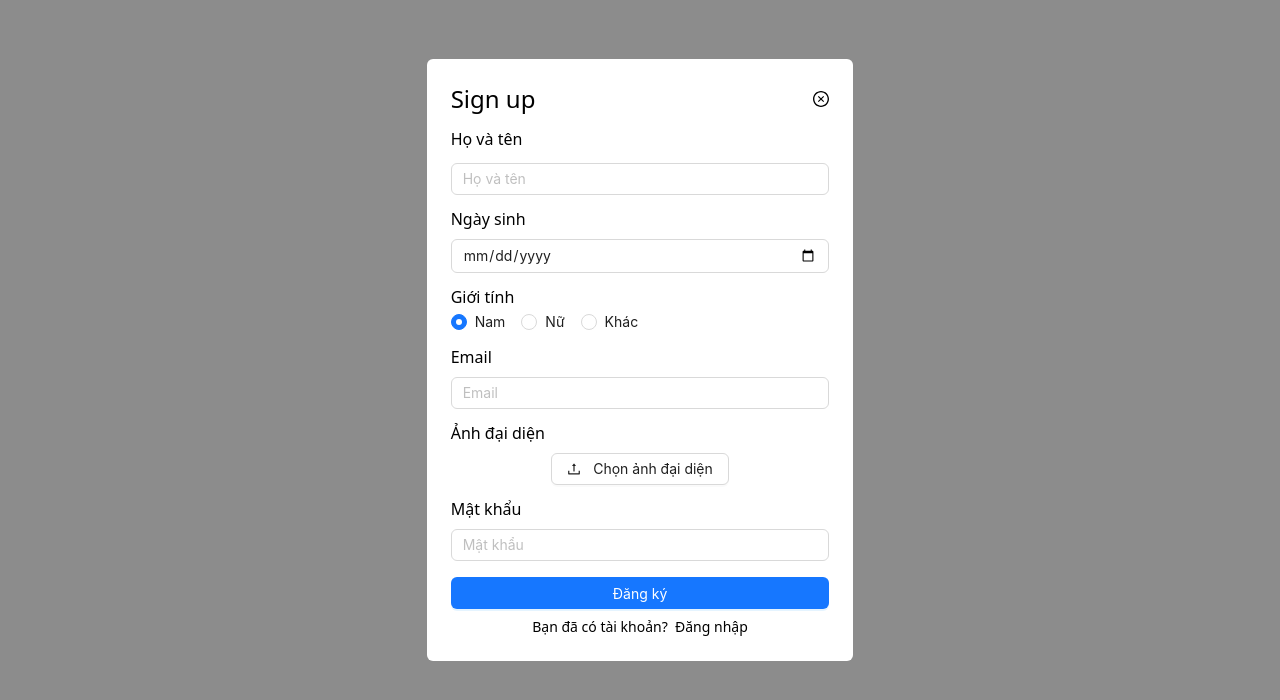
Repository: TinhTT336/MD02_Session14
Page: / (app in client/)
The author's editor kept a copy of each file at every save. The page is drawn from the files as they stood at one save, then again after the next save.
The browser window is 1280 px wide. The pictures show the whole page.
The project was rebuilt for these pictures with package versions that can differ from the ones it lists, and the page was loaded fresh each time. Also part of the build but not shown: client/vite.config.js, client/src/components/UploadSingleFile.jsx, client/src/components/register/register.css, client/src/components/register/Register.jsx, client/src/components/register/RegisterWithImg.jsx.

Above is the page before, as saved 2023-09-14 15:00:58.

### client/index.html
<!DOCTYPE html>
<html lang="en">
  <head>
    <meta charset="UTF-8" />
    <link rel="icon" type="image/svg+xml" href="/vite.svg" />
    <meta name="viewport" content="width=device-width, initial-scale=1.0" />
    <title>Vite + React</title>
    <!-- <link
      href="https://cdn.jsdelivr.net/npm/bootstrap@5.0.2/dist/css/bootstrap.min.css"
      rel="stylesheet"
      integrity="sha384-EVSTQN3/azprG1Anm3QDgpJLIm9Nao0Yz1ztcQTwFspd3yD65VohhpuuCOmLASjC"
      crossorigin="anonymous"
    />
    <link
      rel="stylesheet"
      href="https://cdnjs.cloudflare.com/ajax/libs/font-awesome/6.4.2/css/all.min.css"
      integrity="sha512-z3gLpd7yknf1YoNbCzqRKc4qyor8gaKU1qmn+CShxbuBusANI9QpRohGBreCFkKxLhei6S9CQXFEbbKuqLg0DA=="
      crossorigin="anonymous"
      referrerpolicy="no-referrer"
    /> -->
  </head>
  <body>
    <div id="root"></div>
    <script type="module" src="/src/main.jsx"></script>
  </body>
</html>

### client/src/App.jsx

import './App.css'
import UploadSingleFile from './components/UploadSingleFile'
import Register from './components/register/Register'
import RegisterWithImg from './components/register/RegisterWithImg'
import Signup from './components/signup/Signup'

function App() {

  return (
    <>
      {/* <UploadSingleFile /> */}
      {/* <Register /> */}
      {/* <RegisterWithImg /> */}
      <Signup />
    </>
  )
}

export default App

### client/src/App.css
* {
  margin: 0;
  padding: 0;
  box-sizing: border-box;
}
.btn-primary {
  background-color: #1677ff !important;
}
.btn-primary:hover {
  background-color: #4096ff !important;
}

### client/src/components/signup/Signup.jsx
import React, { useState } from 'react';
import { CloseCircleOutlined, UploadOutlined } from "@ant-design/icons";
import { Input, Radio, Button, message, Upload, Space } from 'antd';
// import { async } from '@firebase/util';
import { getDownloadURL, ref, uploadBytes } from '@firebase/storage';
import { storage } from '../../firebase/configFirebase';

export default function Signup() {
    const [gender, setGender] = useState(1);
    const [imageUrl, setImageUrl] = useState(null);
    const handleCheck = (e) => {
        setGender(e.target.value);
    };

    //tao 1 tham chieu den thu muc chua kho anh tren firebase
    const imageListRef = ref(storage, 'images/')

    //Props cuar Upload
    const props = {
        name: 'file',
        action: 'https://www.mocky.io/v2/5cc8019d300000980a055e76',
        headers: {
            authorization: 'authorization-text',
        },
        onChange(info) {
            if (info.file.status !== 'uploading') {
                console.log(info.file, info.fileList);
            }
            if (info.file.status === 'done') {
                //lay duong dan cua anh sau khi hoan tat qua trinh tai
                const downloadURL = info.file.response.url;
                //luu duong dan vao 1 state
                setImageUrl(downloadURL);
                message.success("Tải lên hình ảnh thành công");
            } else if (info.file.status === 'error') {
                message.error("Tải lên hình ảnh thất bại");
            }
        },
        customRequest: async ({ file, onSuccess, onError }) => {
            try {
                //tao 1 tham chieu den thu muc chua kho anh tren firebase
                const imageRef = ref(imageListRef, file.name)

                // tai anh len firebase
                await uploadBytes(imageRef, file)

                //lay url tu firebase ve
                const downloadURL = await getDownloadURL(imageRef)

                //goi ham onSuccess de thong bao upload anh thanh cong
                onSuccess({ url: downloadURL });

            } catch (error) {
                onError(error)
            }
        }
    };
    return (
        <>
            <div className='fixed top-0 left-0 right-0 bottom-0 flex items-center justify-center bg-rgba-black'>
                <form className='bg-white p-6 rounded-md w-2/6'>
                    <div className='flex items-center justify-between'>
                        <h3 className='text-2xl'>Sign up</h3>
                        <CloseCircleOutlined className='cursor-pointer hover:bg-slate-300 rounded-full' />
                    </div>
                    <div className='mt-3'>
                        <label htmlFor="name">Họ và tên</label>
                        <Input placeholder="Họ và tên" className='mt-3' name='name' id='name' />
                    </div>
                    <div className='mt-3'>
                        <label htmlFor="dateOfBirth">Ngày sinh</label>
                        <Input placeholder="Ngày sinh" className='mt-2' name='dateOfBirth' id='dateOfBirth' type='date' />
                    </div>
                    <div className='mt-3'>
                        <label htmlFor="dateOfBirth">Giới tính</label>
                        <div>
                            <Radio.Group onChange={handleCheck} value={gender}>
                                <Radio value={1}>Nam</Radio>
                                <Radio value={2}>Nữ</Radio>
                                <Radio value={3}>Khác</Radio>
                            </Radio.Group>
                        </div>
                    </div>
                    <div className='mt-3'>
                        <label htmlFor="email">Email</label>
                        <Input placeholder="Email" className='mt-2' name='email' id='email' type='text' />
                    </div>
                    <div className='mt-3'>
                        <label htmlFor="avatar">Ảnh đại diện</label>
                        <div className='text-center mt-2'>
                            <Upload {...props}>
                                <Button icon={<UploadOutlined />}> Chọn ảnh đại diện</Button>
                            </Upload>
                        </div>
                    </div>
                    <div className='mt-3'>
                        <label htmlFor="password">Mật khẩu</label>
                        <Input placeholder="Mật khẩu" className='mt-2' name='password' id='password' type='password' />
                    </div>
                    <div>
                        <Button type='primary' block className='w-full btn-primary mt-4'>Đăng ký</Button>
                    </div>
                    <div className='mt-2 flex items-center justify-center'>
                        <span className='text-sm '>Bạn đã có tài khoản? <a href="">   Đăng nhập</a></span>
                    </div>
                </form>
            </div>

        </>
    )
}

### client/src/firebase/configFirebase.js
import { initializeApp } from "firebase/app";
import { getStorage } from "firebase/storage";

const firebaseConfig = {
  apiKey: "AIzaSyD0Zt2OZZXnhp_y5Hbwztrgq-8yceFDboU",
  authDomain: "project-md02.firebaseapp.com",
  projectId: "project-md02",
  storageBucket: "project-md02.appspot.com",
  messagingSenderId: "1049986641086",
  appId: "1:1049986641086:web:83898ee5306dc048c982ef",
};

// Initialize Firebase - khoi tai firebase
const app = initializeApp(firebaseConfig);

//tao tham chieu den dich vu luu tru duoc su dung de tham chieu trong toan bo ung dung
const storage = getStorage(app);

// export ra ben ngoai de su dung
export { storage };

### client/tailwind.config.js
/** @type {import('tailwindcss').Config} */
export default {
  content: ["./index.html", "./src/**/*.{js,ts,jsx,tsx}"],
  theme: {
    extend: {
      backgroundColor: {
        "rgba-black": "rgba(0,0,0,0.45)",
      },
    },
  },
  plugins: [],
};

Loaded but not shown: client/src/main.jsx (common file); client/src/index.css (common file)

After the next save:
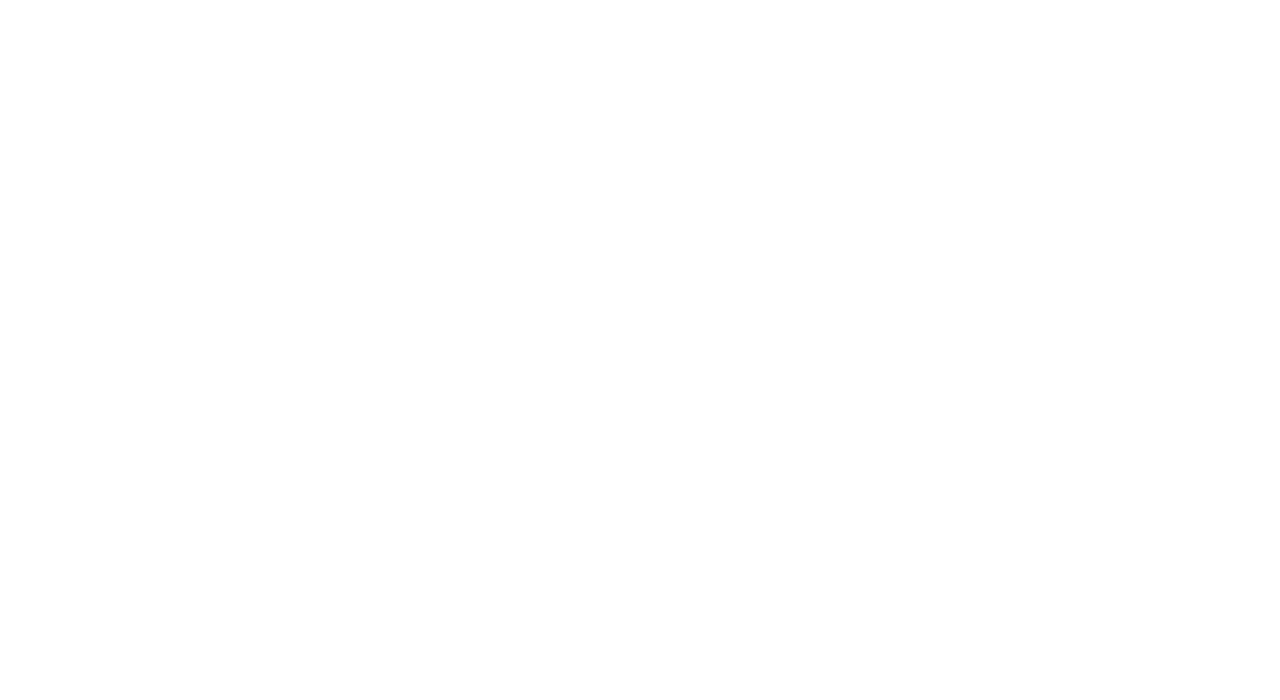
Console error: ReferenceError: handleInputChange is not defined
Saved 12 min 35 s later.
--- a/client/src/components/signup/Signup.jsx
+++ b/client/src/components/signup/Signup.jsx
@@ -55,6 +55,8 @@
             }
         }
     };
+
+
     return (
         <>
             <div className='fixed top-0 left-0 right-0 bottom-0 flex items-center justify-center bg-rgba-black'>
@@ -65,11 +67,11 @@
                     </div>
                     <div className='mt-3'>
                         <label htmlFor="name">Họ và tên</label>
-                        <Input placeholder="Họ và tên" className='mt-3' name='name' id='name' />
+                        <Input placeholder="Họ và tên" className='mt-3' name='name' id='name' onChange={handleInputChange} />
                     </div>
                     <div className='mt-3'>
                         <label htmlFor="dateOfBirth">Ngày sinh</label>
-                        <Input placeholder="Ngày sinh" className='mt-2' name='dateOfBirth' id='dateOfBirth' type='date' />
+                        <Input placeholder="Ngày sinh" className='mt-2' name='dateOfBirth' id='dateOfBirth' type='date' onChange={handleInputChange} />
                     </div>
                     <div className='mt-3'>
                         <label htmlFor="dateOfBirth">Giới tính</label>
@@ -83,7 +85,7 @@
                     </div>
                     <div className='mt-3'>
                         <label htmlFor="email">Email</label>
-                        <Input placeholder="Email" className='mt-2' name='email' id='email' type='text' />
+                        <Input placeholder="Email" className='mt-2' name='email' id='email' type='text' onChange={handleInputChange} />
                     </div>
                     <div className='mt-3'>
                         <label htmlFor="avatar">Ảnh đại diện</label>

After the save that followed:
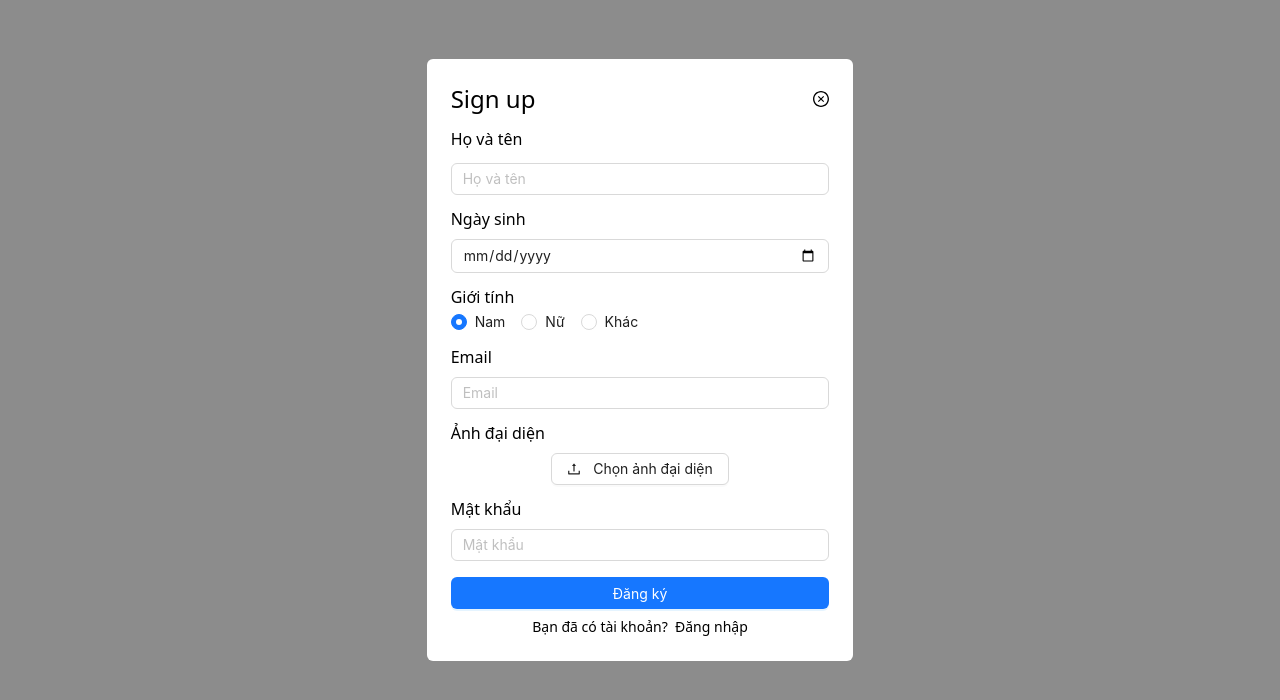
The error is gone.
Saved 4 min 13 s later.
--- a/client/src/components/signup/Signup.jsx
+++ b/client/src/components/signup/Signup.jsx
@@ -8,6 +8,15 @@
 export default function Signup() {
     const [gender, setGender] = useState(1);
     const [imageUrl, setImageUrl] = useState(null);
+
+    const [user, setUser] = useState({
+        name: '',
+        dateOfBirth: "",
+        email: '',
+        avatar: "",
+        gender: 0,
+        password: ''
+    })
     const handleCheck = (e) => {
         setGender(e.target.value);
     };
@@ -55,6 +64,12 @@
             }
         }
     };
+
+    // ham lay thong tin tu o input
+    const handleInputChange = (e) => {
+        const { name, value } = e.target;
+
+    }
 
 
     return (
